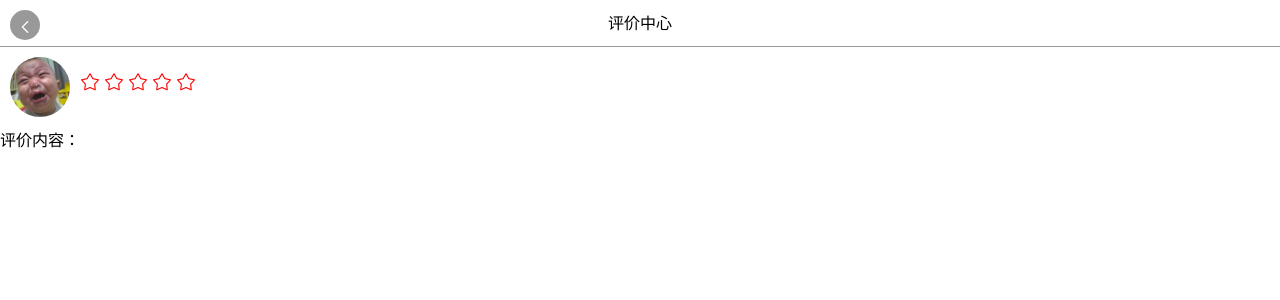
Repository: liuyangming111/mall
Page: /evaluaterr
These files come from the project's save history. The page is drawn as it stood at one moment and after the next save; the edit follows.
The browser window is 1280 px wide. The pictures show the whole page.
The page's requests for data from a server got no answer. The project was rebuilt for these pictures with package versions that can differ from the ones it lists, and the page was loaded fresh each time. No one was signed in, and anything a server would have sent is missing. Also part of the build but not shown: vue.config.js, src/components/bottom.vue, src/views/Home.vue.

Above is the page before, as saved 2020-07-30 17:40:17.

After the next save:
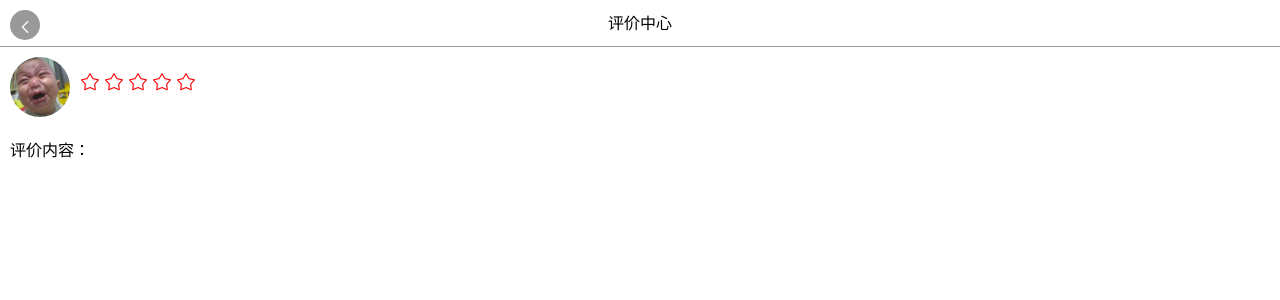
Saved 9 s later.
--- a/src/views/evaluate/evaluaterr.vue
+++ b/src/views/evaluate/evaluaterr.vue
@@ -107,6 +107,6 @@
     color: rgb(107, 104, 104);
 }
 .center{
-    margin: ;
+    margin: 10px;
 }
 </style>
